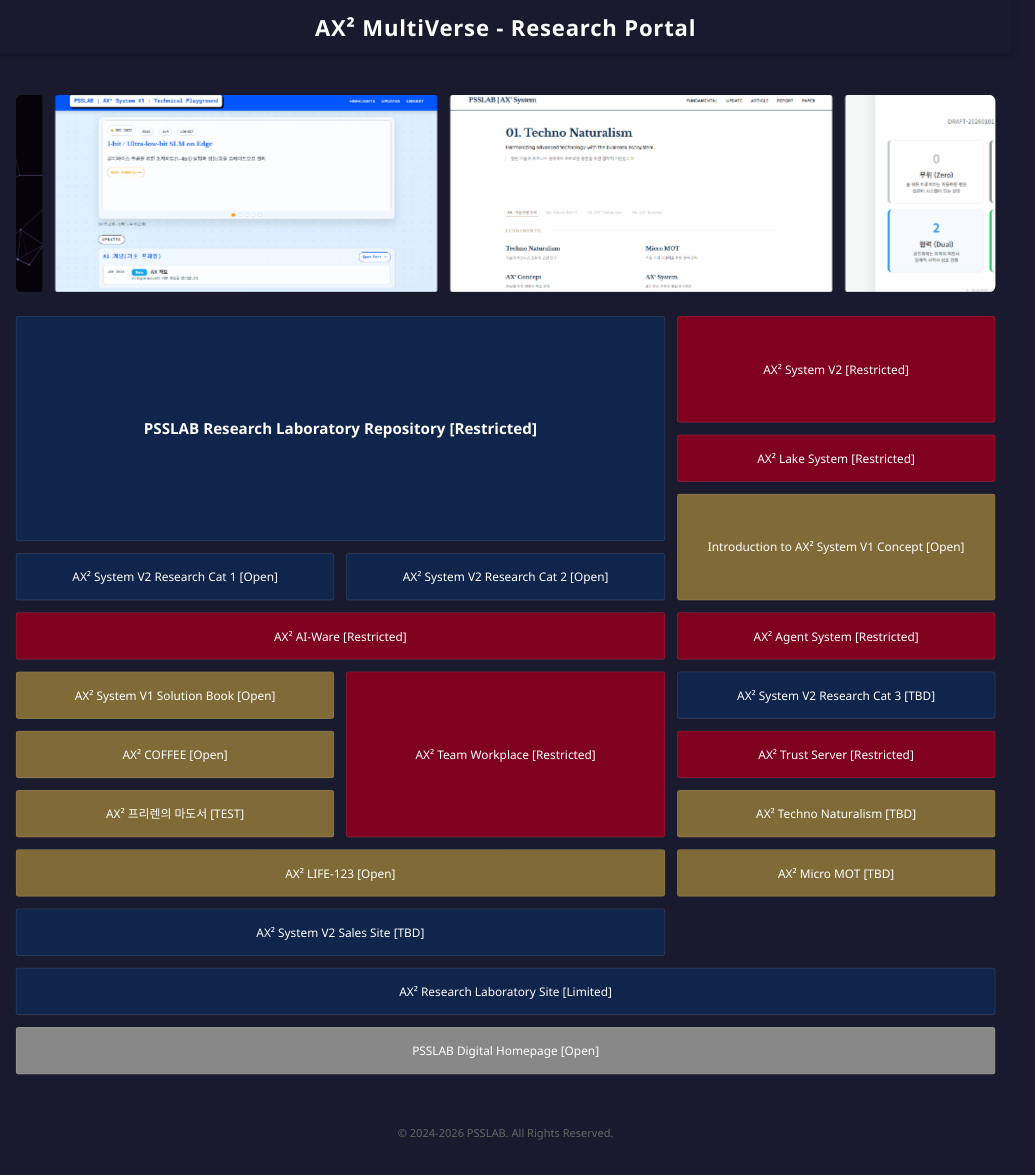
Repository: hycse89/PSSLAB_OpenSite
Page: psslab_multiverse_v3.html
An editor plug-in stored every save of this project. The page is shown before and after the next save, followed by the edit.
The browser window is 1280 px wide. The page is 1310 px wide, so the pictures cover 1310 px, including what lies to the right of the window. The pictures show the whole page, at 79% of full size.

Above is the page before, as saved 2026-01-11 21:20:11.

After the next save:
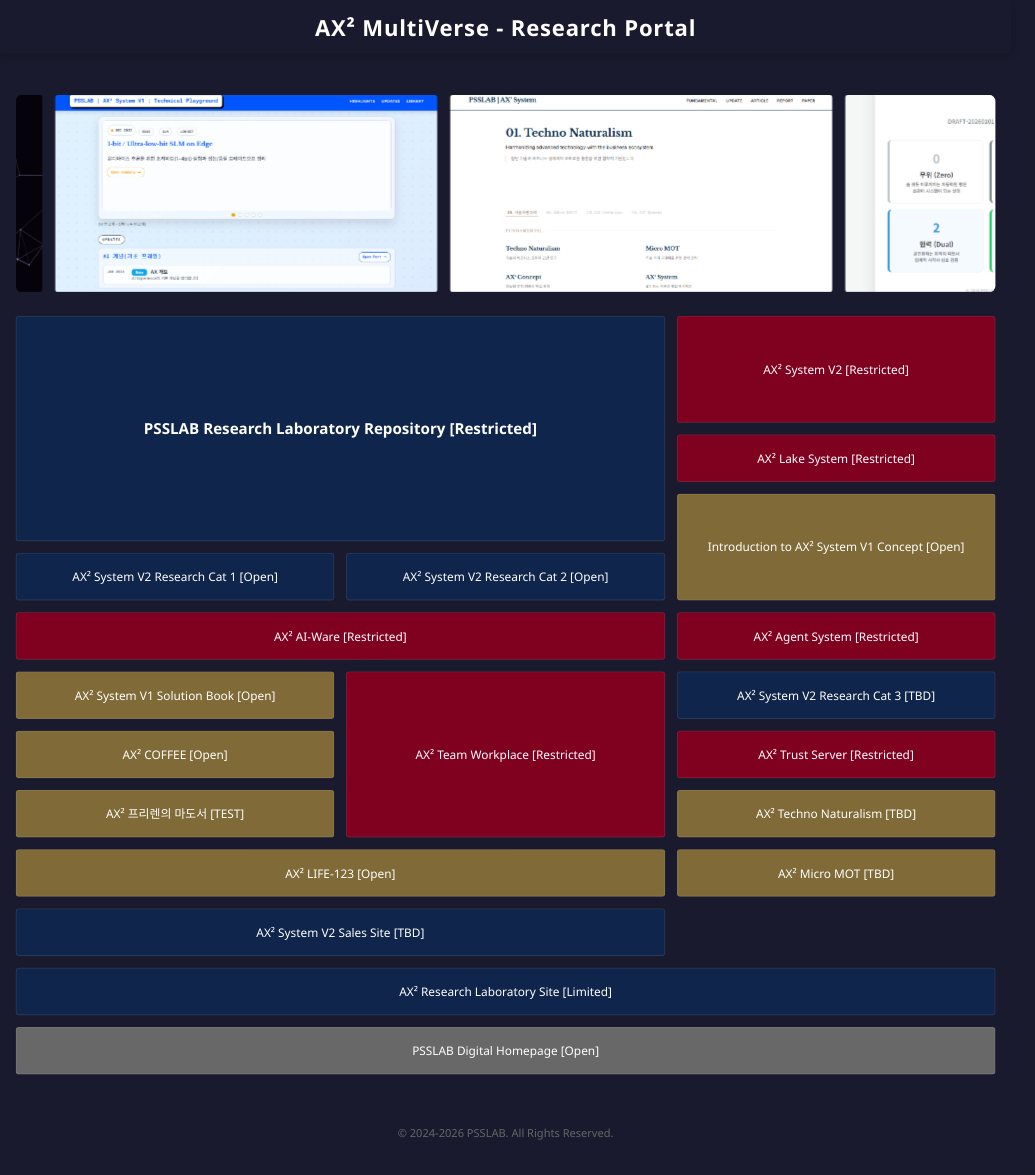
Saved 24 s later.
--- a/psslab_multiverse_v3.html
+++ b/psslab_multiverse_v3.html
@@ -142,7 +142,7 @@
         .color-2 { background-color: #800020; }
         .color-3 { background-color: #806a37; }
         .color-4 { background-color: #ffffff; }
-        .color-5 { background-color: #888888; }
+        .color-5 { background-color: #686868; }
 
         footer {
             width: 100%;
